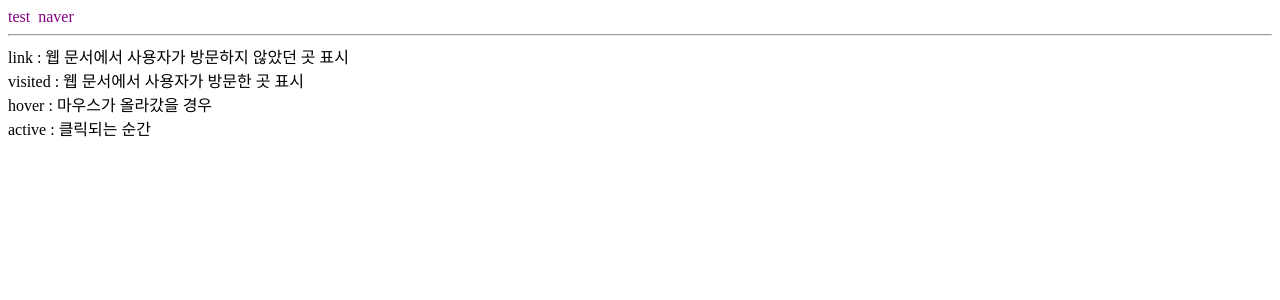
Repository: cleangggg/front
Page: css/ex05.html
An editor plug-in stored every save of this project. The page is shown before and after the next save, followed by the edit.
The browser window is 1280 px wide. The pictures show the whole page.

Above is the page before, as saved 2023-05-25 01:40:13.

After the next save:
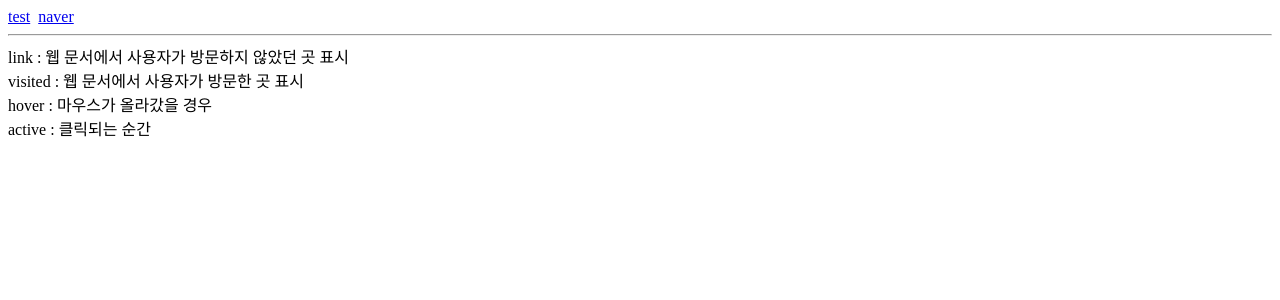
Saved 23 s later.
--- a/css/ex05.html
+++ b/css/ex05.html
@@ -5,7 +5,7 @@
 <title>Insert title here</title>
 
 <style type ="text/css">
-	a:link{color : purple; text-decoration : none;}
+	a:link{}
 	a:visited{}
 	a:hover{}
 	a:active{}
